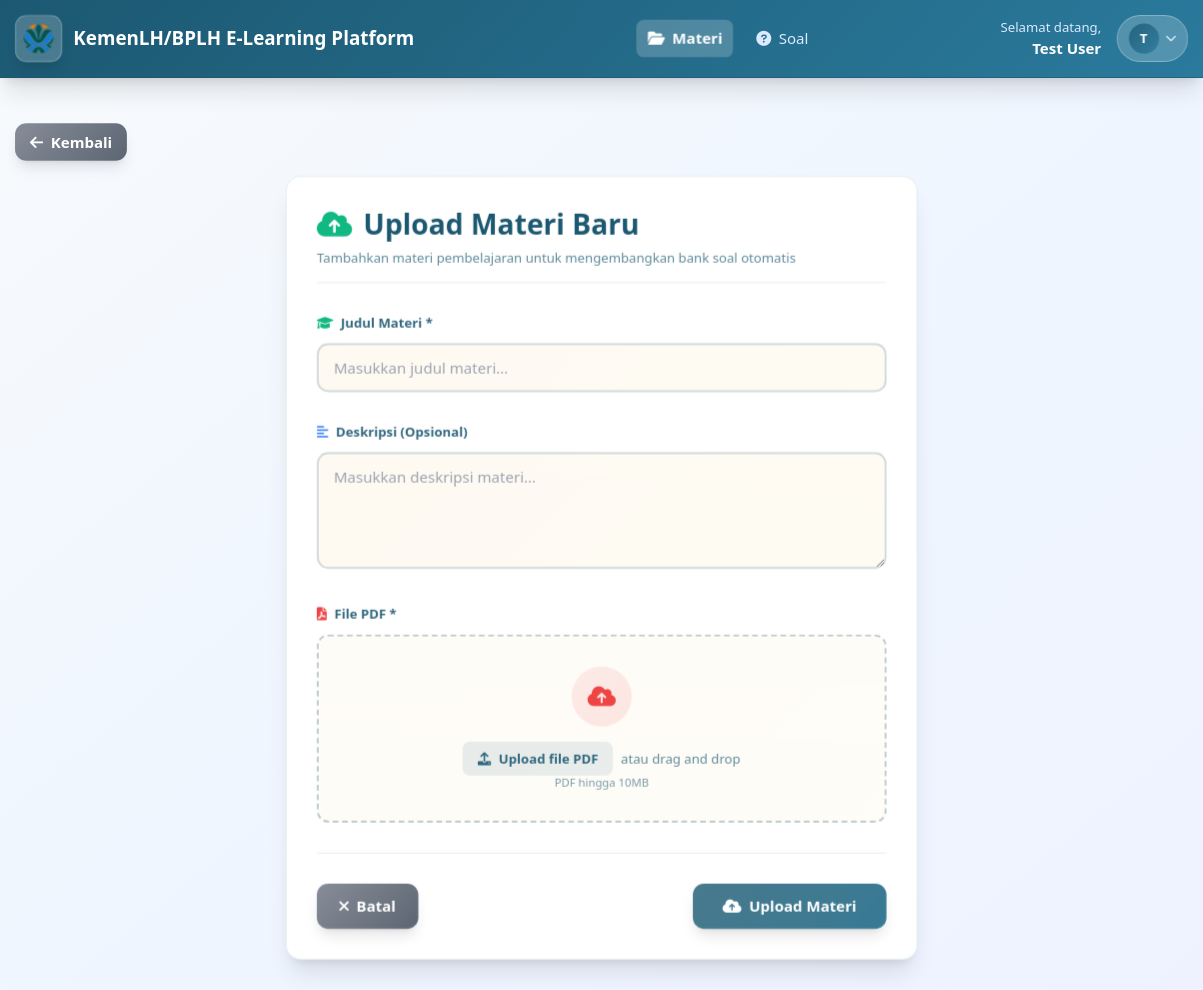
Repository: Autofat/LMS-MOOC
Page: http://localhost/materials/create
These files come from the project's save history. The page is drawn as it stood at one moment and after the next save; the edit follows.
The browser window is 1280 px wide. The pictures show the whole page, at 94% of full size.
Some web libraries are served in a nearby version. The page is served by the project's Laravel application, run on PHP 8.4 with Laravel 12. A made-up administrator, Test User (test@example.com), is signed in.

Above is the page before, as saved 2025-08-01 15:05:45.

After the next save:
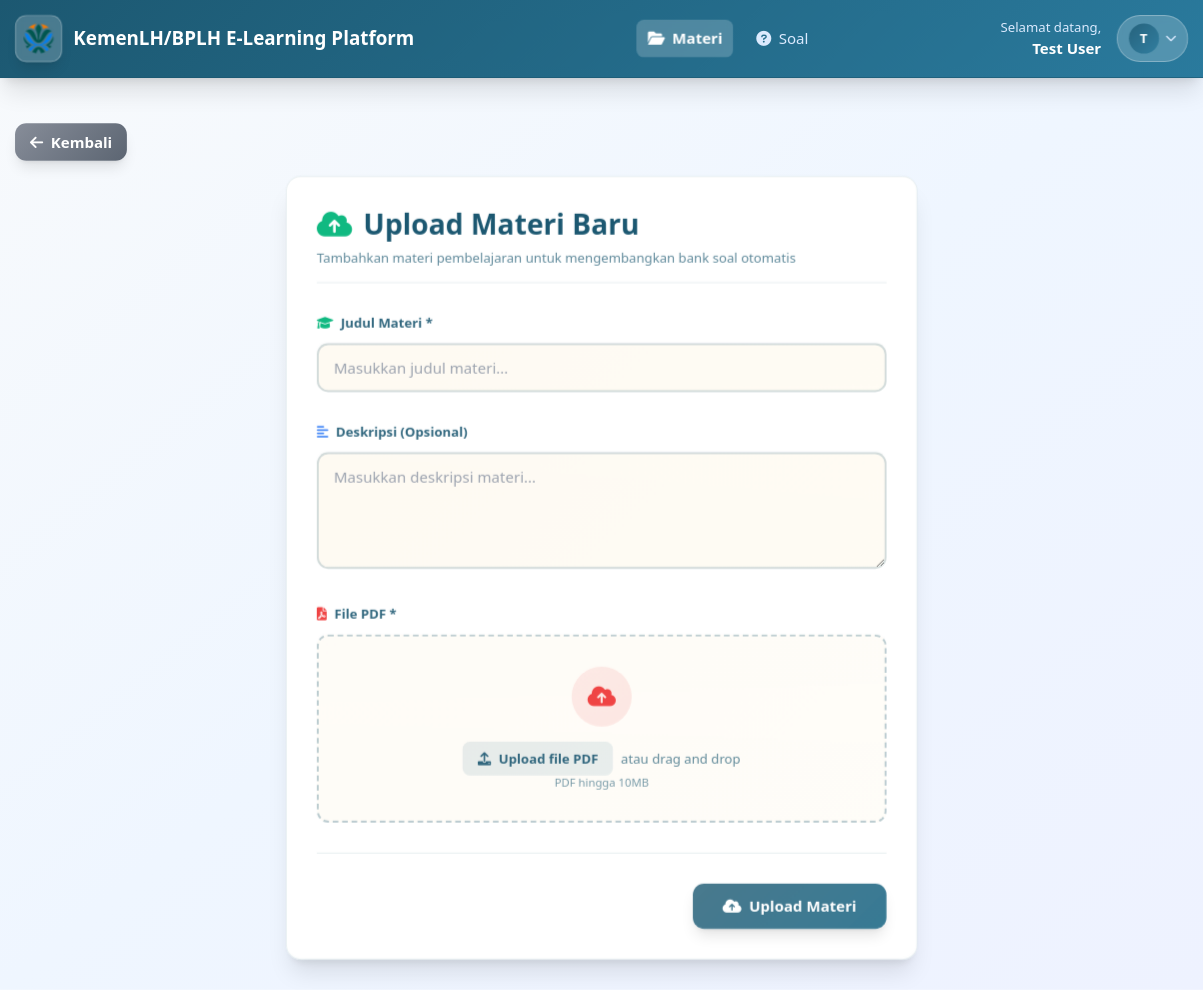
Saved 41 s later.
--- a/resources/views/materials/create.blade.php
+++ b/resources/views/materials/create.blade.php
@@ -121,12 +121,7 @@
                     </div>
 
                     <!-- Submit Buttons -->
-                    <div class="flex justify-between items-center pt-8 border-t" style="border-color: rgba(28,88,113,0.1);">
-                        <a href="{{ route('materials.index') }}"
-                            class="inline-flex items-center px-6 py-3 rounded-xl font-semibold transition-all duration-200 shadow-lg hover:shadow-xl transform hover:scale-105"
-                            style="background: linear-gradient(135deg, rgba(107,114,128,0.8) 0%, rgba(75,85,99,0.9) 100%); color: white;">
-                            <i class="fas fa-times mr-2"></i>Batal
-                        </a>
+                    <div class="flex justify-end items-center pt-8 border-t" style="border-color: rgba(28,88,113,0.1);">
                         <button type="submit"
                             class="inline-flex items-center px-8 py-3 rounded-xl font-semibold transition-all duration-200 shadow-lg hover:shadow-xl transform hover:scale-105"
                             style="background: linear-gradient(135deg, rgba(28,88,113,0.8) 0%, rgba(34,108,137,0.9) 100%); color: white;">
